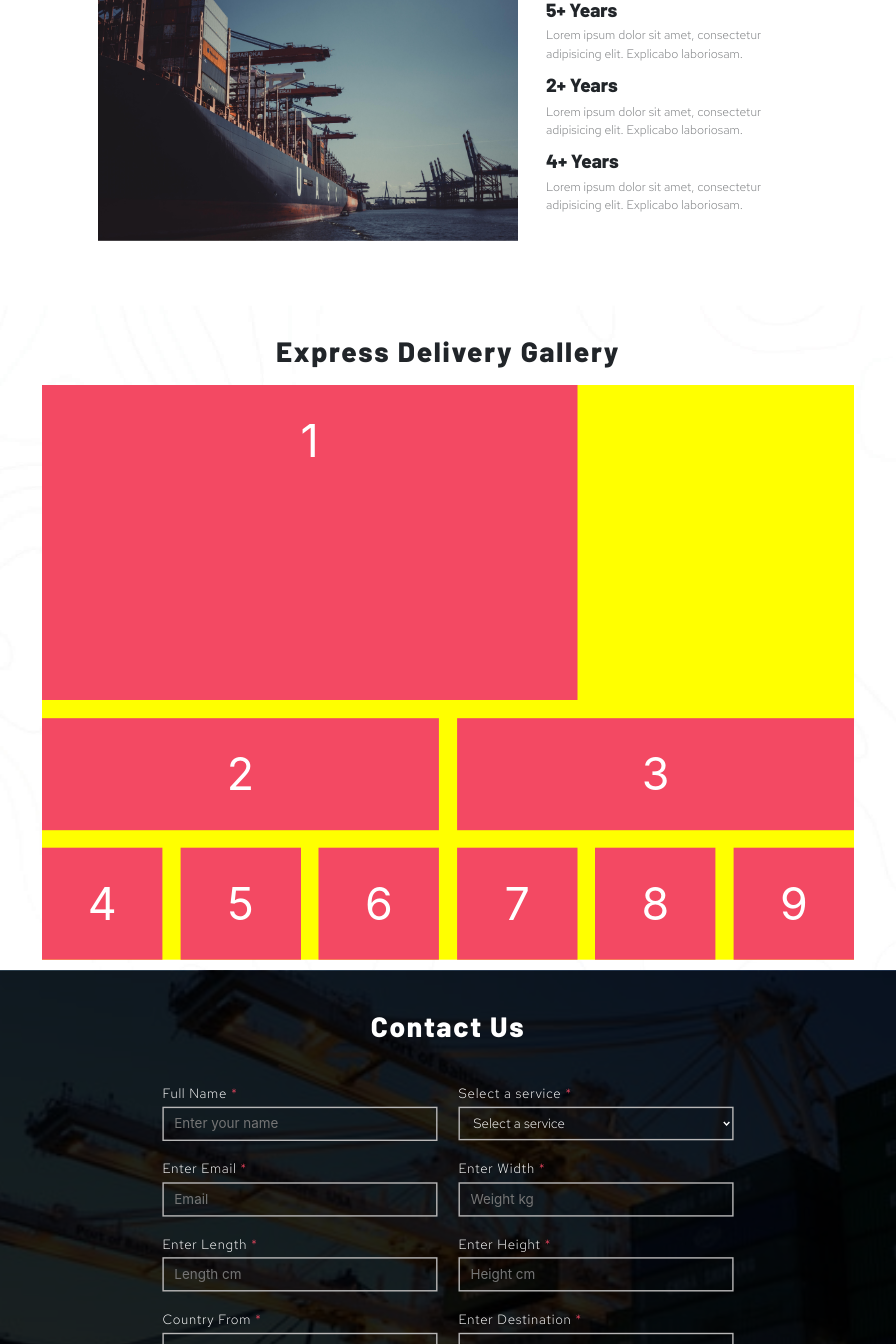
Repository: just-mann/express-delivery
Page: index.html
These files come from the project's save history. The page is drawn as it stood at one moment and after the next save; the edit follows.
The browser window is 1280 px wide. The pictures show the part of the page from y = 2340 to 4260 px (the page is 5633 px tall), at 70% of full size.
Some web libraries are served in a nearby version. The style sheet was rebuilt from its Sass, Less or Tailwind sources for each picture, by a compiler version that may differ from the author's.

Above is the page before, as saved 2021-07-08 02:01:13.

After the next save:
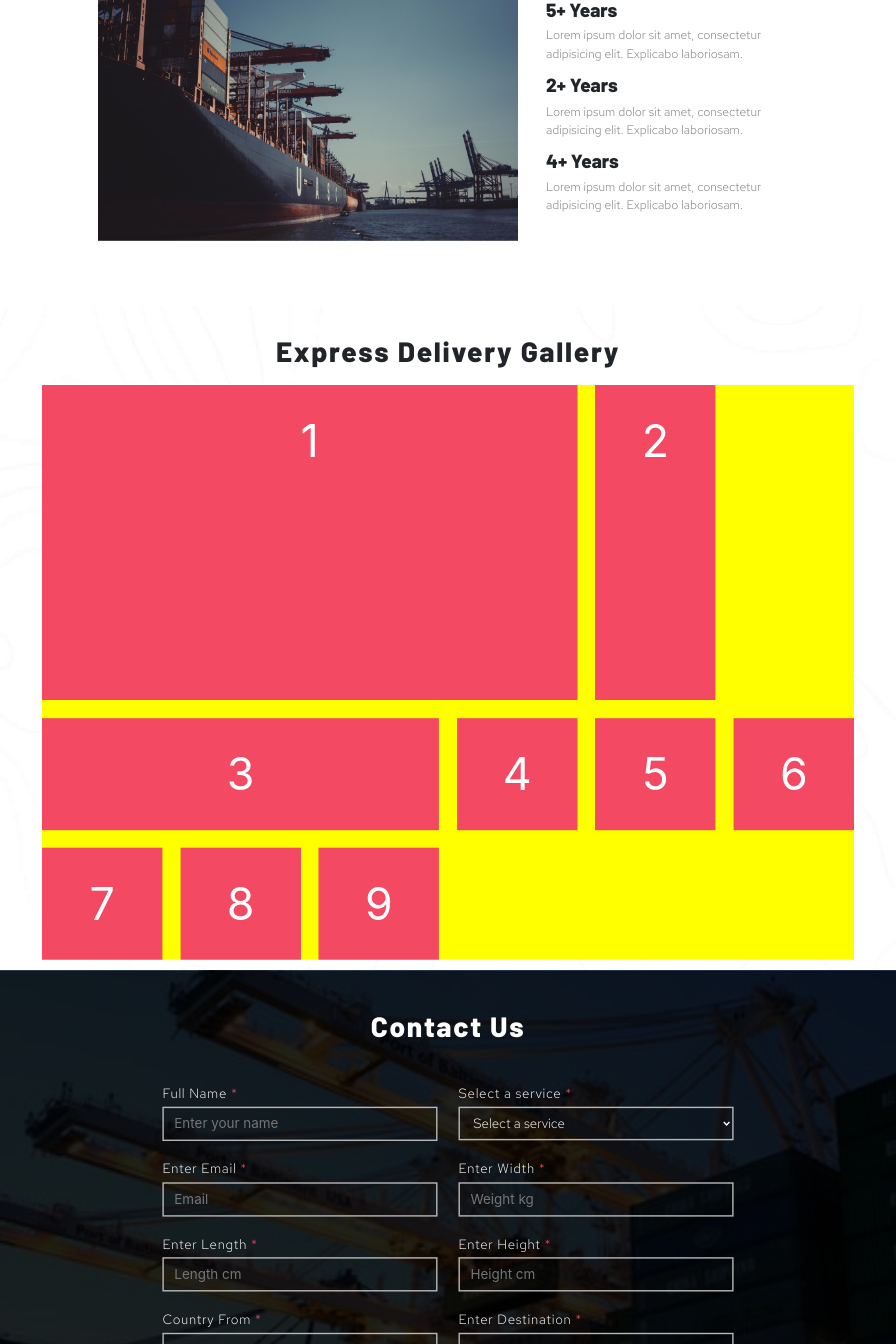
Saved 18 s later.
--- a/Sass/style.scss
+++ b/Sass/style.scss
@@ -503,7 +503,7 @@ header {
             }
 
             &:nth-child(2) {
-                grid-column: span 3;
+                min-height: 450px;
             }
             &:nth-child(3) {
                 grid-column: span 3;
